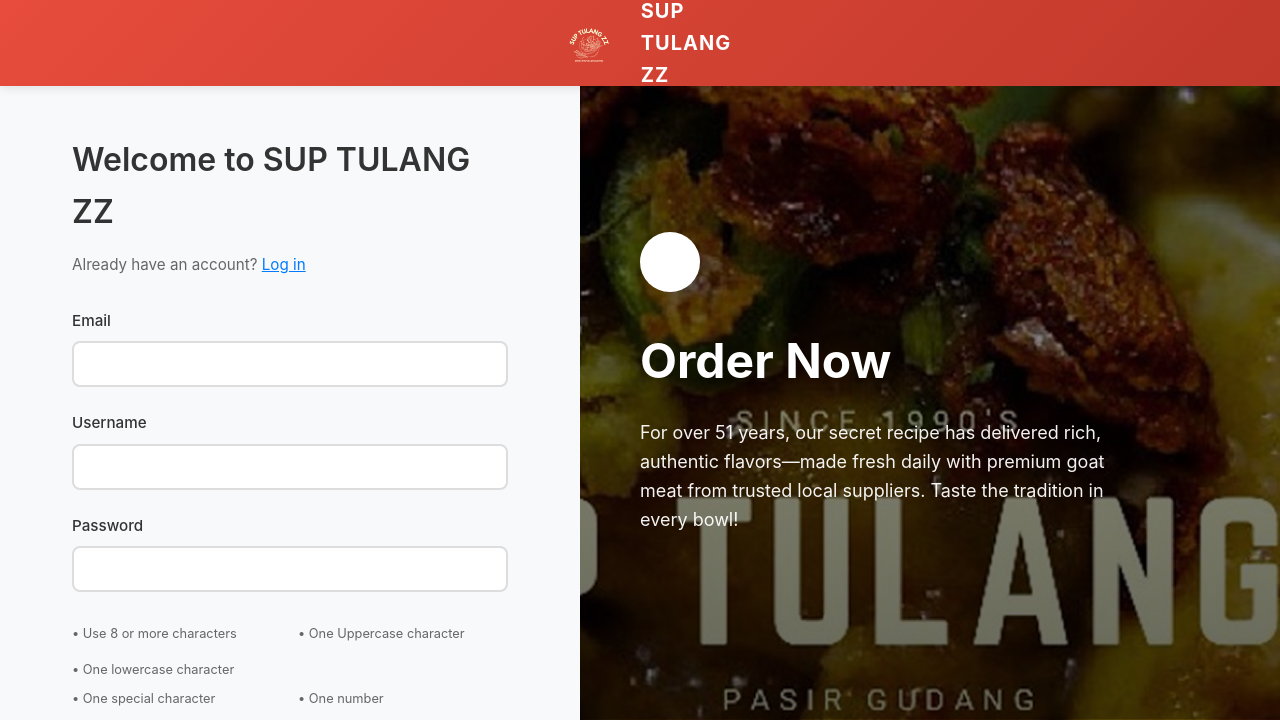
Repository: YIsheng2002/web-frontend
Page: view/member/userSignUp.html
An editor plug-in stored every save of this project. The page is shown before and after the next save, followed by the edit.
The browser window is 1280 px wide. The pictures show the whole page.
An inner scrolling area shows only its first screen.

Above is the page before, as saved 2025-06-13 22:31:01.

### view/member/userSignUp.html
<!DOCTYPE html>
<html lang="en">
<head>
    <meta charset="UTF-8">
    <meta name="viewport" content="width=device-width, initial-scale=1.0">
    <title>SUP TULANG ZZ - Register</title>
    <link rel="stylesheet" href="assets/css/userSignUp_style.css">
    <link rel="stylesheet" href="../../assets/css/main.css">
</head>
<body>
    <!-- Header -->
    <header class="header">
        <div class="header-content">
            <div class="logo">
                <img src="../../assets/images/logo.png" alt="SUP TULANG ZZ Logo" class="logo-img">
                <span class="logo-text">SUP TULANG ZZ</span>
            </div>
            <div class="header-right">
                <div class="nav-actions">
                    <!-- <button class="search-btn">
                        <i class="fas fa-search"></i> Search Food
                    </button> -->
                </div>
            </div>
        </div>
    </header>
    <div class="container">
        <!-- Left side - Registration Form -->
        <div class="form-section">

            <main class="form-container">
                <h2>Welcome to SUP TULANG ZZ</h2>
                <p class="login-link">Already have an account? <a href="userLogin.html" class="link">Log in</a></p>

                <form class="registration-form">
                    <div class="form-group">
                        <label for="email">Email</label>
                        <input type="email" id="email" name="email" required>
                    </div>

                    <div class="form-group">
                        <label for="username">Username</label>
                        <input type="text" id="username" name="username" required>
                    </div>

                    <div class="form-group">
                        <label for="password">Password</label>
                        <div class="password-input-container">
                            <input type="password" id="password" name="password" required>
                        </div>
                    </div>

                    <div class="password-requirements">
                        <div class="requirement-row">
                            <span class="requirement">• Use 8 or more characters</span>
                            <span class="requirement">• One Uppercase character</span>
                            <span class="requirement">• One lowercase character</span>
                        </div>
                        <div class="requirement-row">
                            <span class="requirement">• One special character</span>
                            <span class="requirement">• One number</span>
                        </div>
                    </div>

                    <button type="submit" class="btn-primary">Create an account</button>
                    <p class="login-link-bottom">Already have an account? <a class="link" href="userLogin.html">Log in</a></p>
                </form>
            </main>
        </div>

        <!-- Right side - Background Image -->
        <div class="order-section">
            <div class="order-content">
                <div class="order-badge"></div>
                <h1 class="order-title">Order Now</h1>
                <p class="order-description">
                    For over 51 years, our secret recipe has delivered rich, authentic flavors—made fresh daily with premium goat meat from trusted local suppliers. Taste the tradition in every bowl!
                </p>
            </div>
        </div>
    </div>

    <script>
        document.addEventListener('DOMContentLoaded', function() {
            // Logo click event to redirect to landing page
            document.querySelector('.logo').addEventListener('click', function() {
                window.location.href = 'landing.html';
            });

            // Handle form submission
            document.querySelector('.registration-form').addEventListener('submit', function(event) {
                event.preventDefault(); // Prevent the default form submission

                // Get the input values
                const email = document.getElementById('email').value;
                const username = document.getElementById('username').value;
                const password = document.getElementById('password').value;

                // Validate input data
                if (validateEmail(email) && validatePassword(password)) {
                    // Store user data
                    const userData = {
                        email: email,
                        username: username,
                        password: password
                    };

                    // Redirect to the login page
                    alert('Registration successful! You can now log in.');
                    window.location.href = 'userLogin.html';
                } else {
                    alert('Please ensure your email and password meet the requirements.');
                }
            });

            // Email validation function
            function validateEmail(email) {
                const re = /^[^\s@]+@[^\s@]+\.[^\s@]+$/; // Simple email regex
                return re.test(String(email).toLowerCase());
            }

            // Password validation function
            function validatePassword(password) {
                // Check for minimum length, uppercase, lowercase, number, and special character
                const minLength = password.length >= 8;
                const hasUppercase = /[A-Z]/.test(password);
                const hasLowercase = /[a-z]/.test(password);
                const hasNumber = /[0-9]/.test(password);
                const hasSpecialChar = /[!@#$%^&*(),.?":{}|<>]/.test(password);
                return minLength && hasUppercase && hasLowercase && hasNumber && hasSpecialChar;
            }
        });


    </script>
</body>
</html>

### view/member/assets/css/userSignUp_style.css
/* Reset and Base Styles */
* {
    margin: 0;
    padding: 0;
    box-sizing: border-box;
}

body {
    font-family: 'Arial', sans-serif;
    line-height: 1.6;
    color: #333;
    overflow-x: hidden;
}


/* Header Styles */
.header {
    background-color: #e74c3c;
    color: white;
    padding: 1rem 0;
    position: sticky;
    top: 0;
    z-index: 100;
    box-shadow: 0 2px 4px rgba(0, 0, 0, 0.1);
    height: 12vh;
}

.header-content {
    max-width: 1200px;
    margin: 0 auto;
    padding: 0 1rem;
    display: flex;
    justify-content: space-between;
    align-items: center;
}

.header-right {
    display: flex;
    align-items: center; /* Align items vertically */
}

.logo {
    display: flex;
    align-items: center;
    gap: 0.75rem;
}

.logo-img {
    width: 80px;
    height: 80px;
    border-radius: 50%;
    padding: 8px;
}

.logo-text {
    font-size: 1.25rem;
    font-weight: bold;
    letter-spacing: 1px;
}

.brand-name {
    font-size: 24px;
    font-weight: bold;
    letter-spacing: 1px;
}

.nav-actions {
    display: flex;
    gap: 15px;
}

.container {
    display: flex;
    height: 88vh;
}

/* Left side - Form Section */
.form-section {
    flex: 1;
    background-color: #f8f9fa;
    display: flex;
    flex-direction: column;
    max-width: 50%;
    overflow-x: hidden;
}


.form-container {
    flex: 1;
    padding: 3rem 2rem;
    display: flex;
    flex-direction: column;
    justify-content: center;
    max-width: 500px;
    margin: 0 auto;
    width: 100%;
}

.form-container h2 {
    font-size: 2rem;
    color: #333;
    margin-bottom: 1rem;
    font-weight: 600;
}

.login-link {
    color: #666;
    margin-bottom: 2rem;
    font-size: 0.95rem;
}

.link {
    color: #007bff;
    text-decoration: underline;
    cursor: pointer;
}

.link:hover {
    color: #0056b3;
}

.registration-form {
    display: flex;
    flex-direction: column;
    gap: 1.5rem;
}

.form-group {
    display: flex;
    flex-direction: column;
    gap: 0.5rem;
}

.form-group label {
    font-weight: 500;
    color: #333;
    font-size: 0.95rem;
}

.form-group input {
    padding: 0.75rem 1rem;
    border: 2px solid #ddd;
    border-radius: 8px;
    font-size: 1rem;
    transition: border-color 0.3s ease;
    background-color: white;
}

.form-group input:focus {
    outline: none;
    border-color: #007bff;
    box-shadow: 0 0 0 3px rgba(0, 123, 255, 0.1);
}

.password-input-container {
    position: relative;
    display: flex;
    align-items: center;
}

.password-input-container input {
    flex: 1;
    padding-right: 4rem;
}

.toggle-password {
    position: absolute;
    right: 1rem;
    background: none;
    border: none;
    cursor: pointer;
    display: flex;
    align-items: center;
    gap: 0.25rem;
    color: #666;
    font-size: 0.85rem;
    padding: 0.25rem;
}

.toggle-password:hover {
    color: #333;
}

.password-requirements {
    display: flex;
    flex-direction: column;
    gap: 0.5rem;
    margin-top: 0.5rem;
}

.requirement-row {
    display: flex;
    flex-wrap: wrap;
    gap: 1rem;
}

.requirement {
    font-size: 0.8rem;
    color: #666;
    flex: 1;
    min-width: 180px;
}

.create-account-btn {
    background-color: #b8b8b8;
    color: white;
    padding: 0.875rem 2rem;
    border: none;
    border-radius: 25px;
    font-size: 1rem;
    font-weight: 500;
    cursor: pointer;
    transition: background-color 0.3s ease;
    margin-top: 1rem;
    align-self: flex-start;
}

.create-account-btn:hover {
    background-color: #999;
}

.login-link-bottom {
    color: #666;
    margin-top: 2rem;
    font-size: 0.95rem;
}

/* Right side - Image Section */

.order-section {
    flex: 1;
    background-image: linear-gradient(rgba(0, 0, 0, 0.4), rgba(0, 0, 0, 0.6)),
                    url('../../../../assets/images/background.png');
    background-size: cover;
    background-position: center;
    position: relative;
    display: flex;
    flex-direction: column;
    justify-content: center;
    padding: 60px;
    color: white;
}

.order-content {
    max-width: 500px;
}

.order-badge {
    width: 60px;
    height: 60px;
    background-color: white;
    border-radius: 50%;
    margin-bottom: 40px;
}

.order-title {
    font-size: 48px;
    font-weight: bold;
    margin-bottom: 30px;
    line-height: 1.2;
}

.order-description {
    font-size: 18px;
    line-height: 1.6;
    margin-bottom: 40px;
    opacity: 0.95;
}

/* Responsive Design */
@media (max-width: 1024px) {
    .container {
        flex-direction: column;
    }

    .form-section {
        max-width: 100%;
    }

    .image-section {
        min-height: 300px;
        min-width: 100%;
    }

    .brand-name {
        font-size: 3rem;
        letter-spacing: 6px;
    }

    .order-section{
        display: none;
    }
}

@media (max-width: 768px) {
    .form-container {
        padding: 2rem 1.5rem;
    }

    .requirement-row {
        flex-direction: column;
        gap: 0.25rem;
    }

    .requirement {
        min-width: auto;
    }

    .brand-name {
        font-size: 2.5rem;
        letter-spacing: 4px;
    }

    .image-section {
        min-height: 250px;
    }
}

@media (max-width: 480px) {
    .header {
        padding: 1rem;
    }

    .logo h1 {
        font-size: 1.2rem;
    }

    .form-container {
        padding: 1.5rem 1rem;
    }

    .form-container h2 {
        font-size: 1.5rem;
    }

    .brand-name {
        font-size: 2rem;
        letter-spacing: 3px;
    }
}

### assets/css/main.css
:root{
    --primary-color: #DE4345;
    --secondary-color: #F8FAD4;
    --white-color: #FFFFFF;
    --header-font-color: #212121;
    --header6-font-color: #424242;
    --light-red: #FF7877;
}

* {
    margin: 0;
    padding: 0;
    box-sizing: border-box;
}

body {
    font-family: -apple-system, BlinkMacSystemFont, 'Segoe UI', Roboto, sans-serif;
    line-height: 1.6;
    color: var(--header6-font-color);
    background-color: #f5f5f5;
}

.btn-primary {
    background: linear-gradient(135deg, var(--primary-color) 0%, var(--light-red) 100%);
    color: white;
    border: none;
    padding: 12px 24px;
    border-radius: 8px;
    font-size: 16px;
    font-weight: 600;
    cursor: pointer;
    transition: all 0.3s ease;
    width: 100%;
}

.btn-primary:hover {
    transform: translateY(-5px);
    box-shadow: 0 8px 25px rgba(253, 114, 92, 0.22);
}

.btn-primary:active {
    transform: translateY(0);
}

/* Header Styles */
.header {
    background: linear-gradient(135deg, #e74c3c, #c0392b);
    color: white;
    padding: 15px 30px;
    display: flex;
    justify-content: space-between;
    align-items: center;
    box-shadow: 0 2px 10px rgba(0,0,0,0.1);
}

.logo-section {
    display: flex;
    align-items: center;
    gap: 15px;
}

.logo {
    width: 70px;
    height: 70px;
    display: flex;
    align-items: center;
    justify-content: center;
    font-weight: bold;
    font-size: 18px;
}

.brand-name {
    font-size: 28px;
    font-weight: bold;
    letter-spacing: 1px;
}

After the next save:
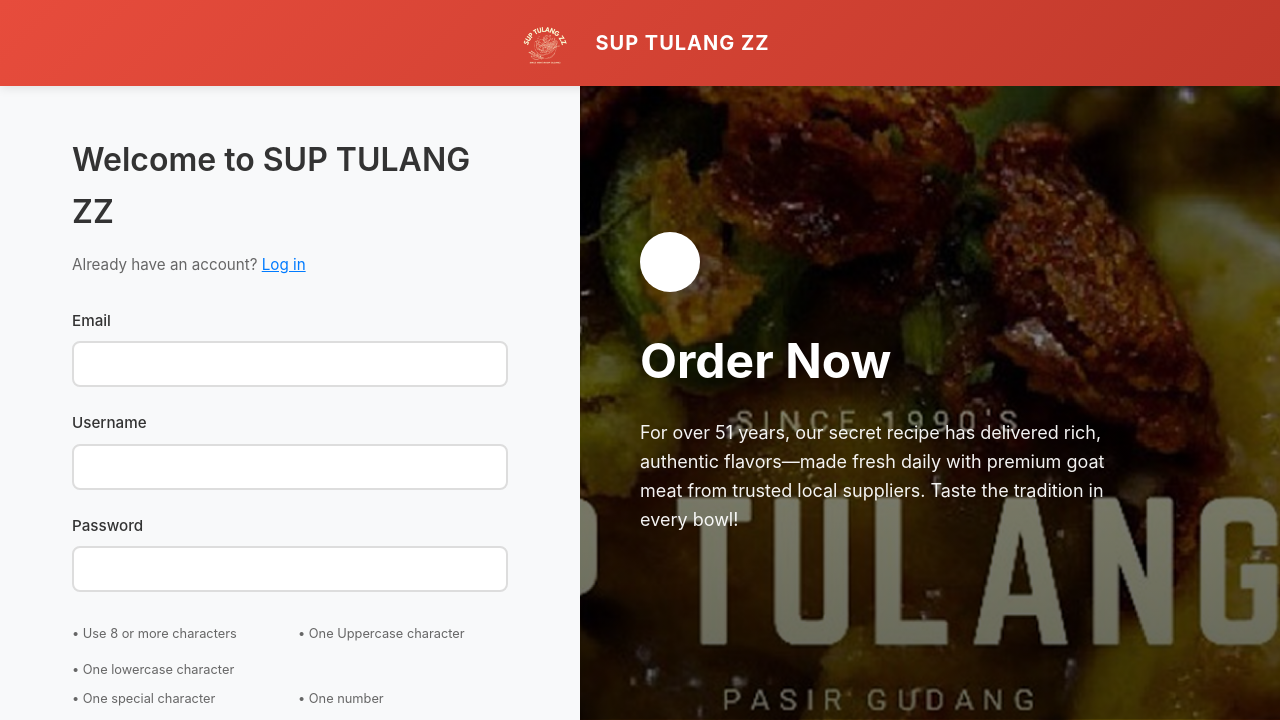
Saved 2 min 13 s later.
--- a/view/member/userSignUp.html
+++ b/view/member/userSignUp.html
@@ -11,8 +11,8 @@
     <!-- Header -->
     <header class="header">
         <div class="header-content">
-            <div class="logo">
-                <img src="../../assets/images/logo.png" alt="SUP TULANG ZZ Logo" class="logo-img">
+            <div class="logo-section">
+                <img src="../../assets/images/logo.png" alt="SUP TULANG ZZ Logo" class="logo">
                 <span class="logo-text">SUP TULANG ZZ</span>
             </div>
             <div class="header-right">

After the save that followed:
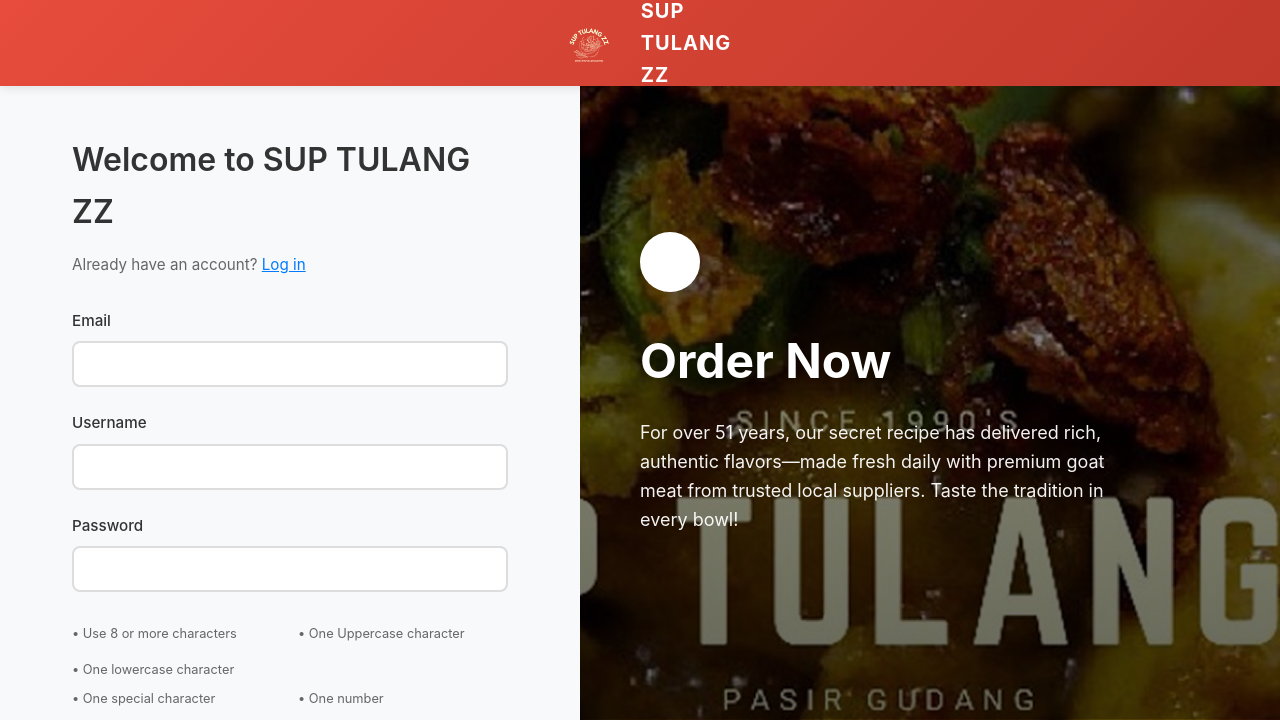
Saved 59 s later.
--- a/view/member/userSignUp.html
+++ b/view/member/userSignUp.html
@@ -11,8 +11,8 @@
     <!-- Header -->
     <header class="header">
         <div class="header-content">
-            <div class="logo-section">
-                <img src="../../assets/images/logo.png" alt="SUP TULANG ZZ Logo" class="logo">
+            <div class="logo">
+                <img src="../../assets/images/logo.png" alt="SUP TULANG ZZ Logo" class="logo-img">
                 <span class="logo-text">SUP TULANG ZZ</span>
             </div>
             <div class="header-right">
